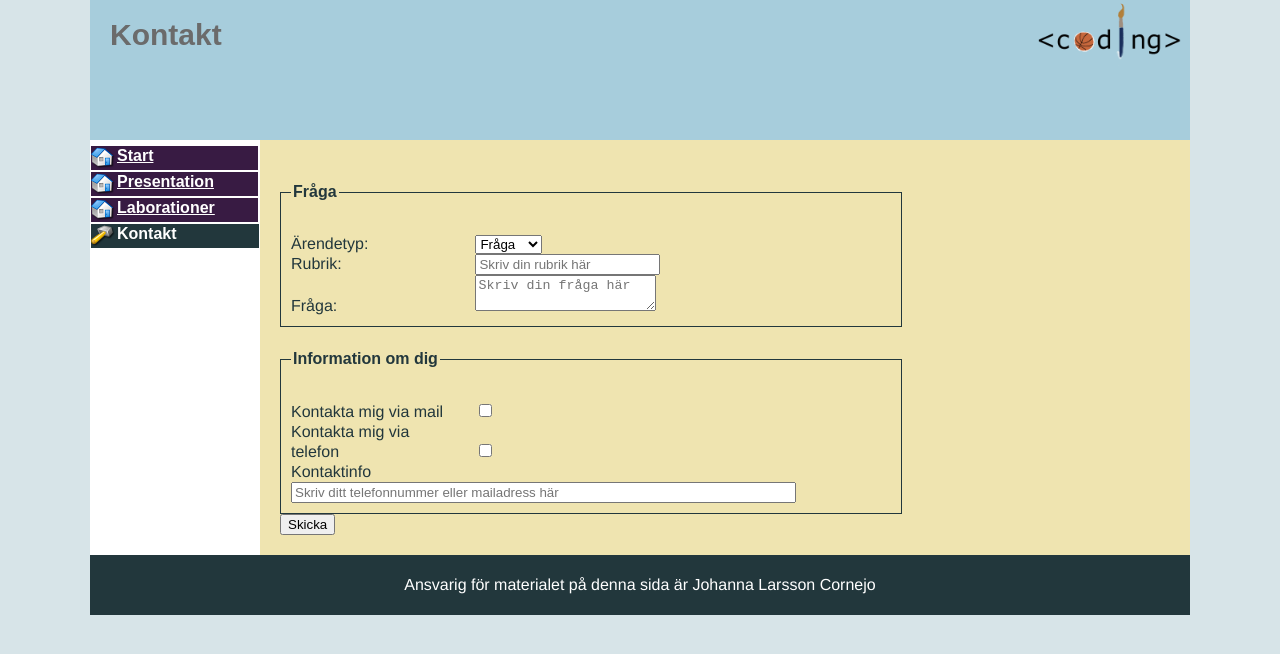
Repository: jc222fi/1ik415-laborationer
Page: pages/kontakt.html
The author's editor kept a record of every edit. The page is drawn from the files as they stood at one moment, then again after the next edit.
The browser window is 1280 px wide. The pictures show the whole page.

Above is the page before.

### pages/kontakt.html
<!doctype html>
<html>
    <head>
        <meta charset="utf-8" />
        <title>Kontakt</title>
        <link rel="stylesheet" href="../css/style.css" />
        <link rel="stylesheet" media="print" href="../css/print.css" />
    </head>
    <body>
    <div id="container">
        <div id="header">
            <header>
                <h1 id="kontakt">Kontakt</h1>
            </header>
        </div>
        <div id="nav">
            <ul>
                <li><a href="../index.html">Start</a></li>
                <li><a href="presentation.html">Presentation</a></li>
                <li><a href="laborationer.html">Laborationer</a></li>
                <li><a href="#kontakt" class="active">Kontakt</a></li>
            </ul>
        </div>
        <div id="content">
            <form action="http://voyager.lnu.se/tekinet/kurser/dtt/wp_webbintro/form.php" method="post">
                <fieldset>
                    <legend>Fråga</legend>
                    <label for="ärendetyp" class="label">Ärendetyp:</label>
                    <select id="ärendetyp" name="ärendetyp">
                        <option value="1">Fråga</option>
                        <option value="2">Åsikt</option>
                        <option value="3">Förslag</option>
                    </select>
                    <p>
                        <label for="rubrik" class="label">Rubrik:</label>
                        <input placeholder="Skriv din rubrik här" type="text" id="rubrik" name="rubrik" size="20" />
                    </p>
                    <p>
                        <label for="fråga" class="label">Fråga:</label>
                        <textarea placeholder="Skriv din fråga här" id="fråga" name="fråga"></textarea>
                    </p>
                </fieldset>
                <fieldset>
                    <legend>Information om dig</legend>
                    <label for="mail" class="label">Kontakta mig via mail</label>
                    <input type="checkbox" id="mail" name="g1[]" value="mail" />
                    <p>
                        <label for="telefon" class="label">Kontakta mig via telefon</label>
                        <input type="checkbox" id="telefon" name="g1[]" value="telefon" />
                    </p>
                    <p><label for="kontaktinfo" class="label">Kontaktinfo</label>
                    <input placeholder="Skriv ditt telefonnummer eller mailadress här" type="text"
                    id="kontaktinfo" name="kontaktinfo" size="60">
                    </p>
                </fieldset>
                <input type="submit" value="Skicka" />
            </form>
        </div>
        <div id="footer">
            <footer>
                <p>Ansvarig för materialet på denna sida är Johanna Larsson Cornejo</p>
            </footer>
        </div>
    </div>
    </body>
</html>

### css/style.css
/* http://meyerweb.com/eric/tools/css/reset/
   v2.0 | 20110126
   License: none (public domain)
*/

html, body, div, span, applet, object, iframe,
h1, h2, h3, h4, h5, h6, p, blockquote, pre,
a, abbr, acronym, address, big, cite, code,
del, dfn, em, img, ins, kbd, q, s, samp,
small, strike, strong, sub, sup, tt, var,
b, u, i, center,
dl, dt, dd, ol, ul, li,
fieldset, form, label, legend,
table, caption, tbody, tfoot, thead, tr, th, td,
article, aside, canvas, details, embed,
figure, figcaption, footer, header, hgroup,
menu, nav, output, ruby, section, summary,
time, mark, audio, video {
	margin: 0;
	padding: 0;
	border: 0;
	font-size: 100%;
	font: inherit;
	vertical-align: baseline;
}

/*Layout*/
#container{
	max-width:1100px;
	margin:0 auto;
}
#header{
	height:100px;
}
#nav{
	float:left;
	width:168px;
	margin-top:5px;
}
#content{
	float:right;
	width:890px;
}
#footer{
	clear:both;
	padding:20px;
}

/*
Background body:#D7E4E8
Background container: #FFFFFF
Background header: #A7CDDC
Background nav: #381B43
Background content: #EFE4B0
Background footer:#22373C
Text colour: #22373C
*/

body{
	background-color:#D7E4E8;

}
#container{
	background-color:#FFFFFF;
}
#header{
	background-color:#A7CDDC;
	color:#6B6B6B;
	background-image:url("pics/logo.png");
	background-position:right top;
	background-repeat:no-repeat;
	font-family:Arial, Gadget, sans-serif;
	font-size:30px;
	font-weight:bolder;
	padding:20px;
}
	#header img{
		float:right;
		}
	/*h1{
		color:#6B6B6B;
		font-family:Arial, Gadget, sans-serif;
		font-size:30px;
		font-weight:bolder;
		padding-bottom:20px;
	}*/
#nav{
	background-color:#381B43;
}
	#nav a{
		display:block;
		width:168px;
		height:24px;
		border:1px solid white;
		background-image:url(pics/sprite.png);
		background-repeat:no-repeat;
		text-indent:26px;
		color:white;
	}
	#home:link{background-position:0 -48px;text-decoration:none;}
	#home:visited{background-color:#7F7F7F;text-decoration:none;}
	#home:focus{background-color:white;text-decoration:underline;color:black;}
	#home:hover{background-position:0 0;background-color:white;text-decoration:underline;color:black;}
	#nav .active{background-position:0 0;background-color:#22373C;text-decoration:none;}

	#pres{background-position:0 -240px;text-decoration:none;}
	#pres:visited{background-color:#7F7F7F;text-decoration:none;}
	#pres:focus{background-color:white;text-decoration:underline;color:black;}
	#pres:hover{background-position:0 -192px;background-color:white;text-decoration:underline;color:black;}
	#nav .active{background-position:0 -192px;background-color:#22373C;text-decoration:none;}

	#lab{background-position:0 -144px;text-decoration:none;}
	#lab:visited{background-color:#7F7F7F;text-decoration:none;}
	#lab:focus{background-color:white;text-decoration:underline;color:black;}
	#lab:hover{background-position:0 -96px;background-color:white;text-decoration:underline;color:black;}
	#nav .active{background-position:0 -96px;background-color:#22373C;text-decoration:none;}

	#kontakt{background-position:0 -336px;text-decoration:none;}
	#kontakt:visited{background-color:#7F7F7F;text-decoration:none;}
	#kontakt:focus{background-color:white;text-decoration:underline;color:black;}
	#kontakt:hover{background-position:0 -288px;background-color:white;text-decoration:underline;color:black;}
	.active #kontakt{background-position:0 -288px;background-color:#22373C;text-decoration:none;}
	#nav li{
		font-family:Arial, Gadget, sans-serif;
		font-weight:bolder;
	}
		/*Länkar i menyn*/
		/*#nav a:link{background-color:#381B43; text-decoration:none;}
		#nav a:visited{background-color:#7F7F7F;text-decoration:none;}
		#nav a:focus{background-color:white;text-decoration:underline;color:black;}
		#nav a:hover{background-color:white;text-decoration:underline;color:black;}
		#nav a.active{background-color:#22373C;text-decoration:none;}
		#nav li{
		   font-family:Arial, Gadget, sans-serif;
			font-weight:bolder;
		}*/

#content{
	padding:20px;
	background-color:#EFE4B0;
	color:#22373C;
}
	/*Text och stil på mina rubriker*/
	h2, h3, h4, legend{
		font-family:Arial, Gadget, sans-serif;
		font-weight:bold;
		line-height:60px;
	}
		h2{
			font-size:25px;
		}
		h3, h4{
			font-size:small;
		}
	/*Mer övergripande text och stil*/
	#strong, p, li, table, dl, form{
		font-family:Helvetica, Verdana, sans-serif;
		line-height:20px;
	}
	p p{
		margin-top:50px;
	}
	img.right, video.right{
		float:right;
	}
	#strong{
		font-style:italic;
	}
	/*Överskrift och signatur på mina blogginlägg*/
	.post, p em{
		font-family:"Comic Sans MS", cursive, sans-serif;
	}
		/*Bild lånad från http://www.skolbilder.com/Malarbild-blaeckpenna-i19373.html som uttryckligen
		säger att samtliga bilder får användas i privat, edukativt, icke-kommersiellt syfte*/
		#content h2.post{
			background-image:url("pics/bleckpenna.png");
			background-position:left top;
			background-repeat:no-repeat;
			text-indent:50px;
		}
	/*Signatur på mina blogginlägg*/
	p em{
		font-style:italic;
		color:#8B4513;
	}
	/*Tabell*/
	table, th, td{
		border:1px solid #22373C;
		padding:3px;
	}
	thead, tfoot{
		font-family:Arial, Gadget, sans-serif;
		font-weight:bold;
		line-height:25px;
		text-align:center;
	}
		tr:nth-of-type(odd){
			background-color:#22373C;
			color:white;
		}
		tr:nth-of-type(even){
			background-color:white;
		}
	/*Övriga länkar som inte är del av menyn*/
	#content a:link{color:#7B68EE; text-decoration:none;}
	#content a:visited{color:#8B0000; text-decoration:none;}
	#content a:focus{color:#778899; text-decoration:underline;}
	#content a:hover{color:#778899; text-decoration:underline;}
	#content a:active{color:white; text-decoration:none;}
	/*Formulär*/
	fieldset{
		border:1px solid #22373C;
		padding:10px;
		width:600px;
	}
	legend{
		padding:2px;
	}
	.label{
   	display: inline-block;
   	width: 170px;
   	text-align: left;
   	margin-right: 10px;
	}
	/*Listor exklusive menyn*/
	#content ul li{
		margin-left:20px;
		list-style-type:circle;
	}
	#content dd{
		text-indent:15px;
	}
	#content .laborationer{
		list-style-type:none;
	}
	ol li{
		margin-left:15px;
		list-style-type:decimal;
	}

#footer{
	background-color:#22373C;
	color:#FFFFFF;
	text-align:center;
}


/* HTML5 display-role reset for older browsers */
article, aside, details, figcaption, figure,
footer, header, hgroup, menu, nav, section {
	display: block;
}
body {
	line-height: 1;
}
ol, ul {
	list-style: none;
}
blockquote, q {
	quotes: none;
}
blockquote:before, blockquote:after,
q:before, q:after {
	content: '';
	content: none;
}
table {
	border-collapse: collapse;
	border-spacing: 0;
}

Loaded but not shown: css/print.css (no copy from this time; the picture is the same without it)

After the next edit:
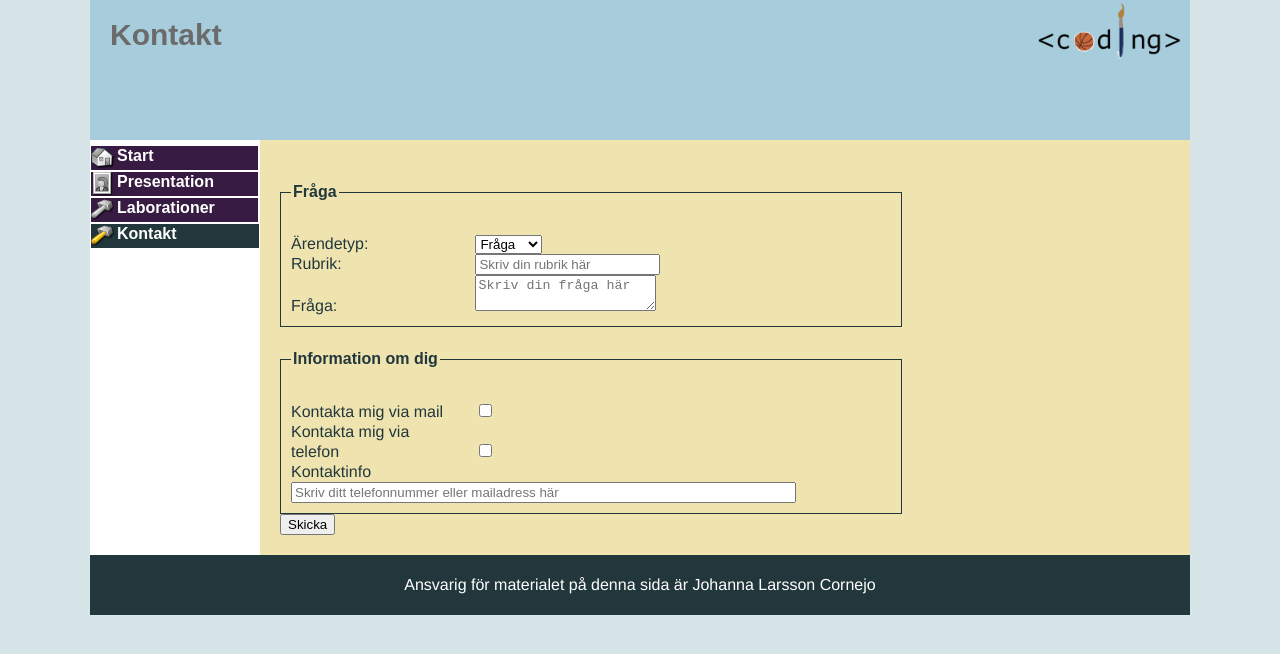
The edit:
--- a/pages/kontakt.html
+++ b/pages/kontakt.html
@@ -15,10 +15,10 @@
         </div>
         <div id="nav">
             <ul>
-                <li><a href="../index.html">Start</a></li>
-                <li><a href="presentation.html">Presentation</a></li>
-                <li><a href="laborationer.html">Laborationer</a></li>
-                <li><a href="#kontakt" class="active">Kontakt</a></li>
+                <li><a href="../index.html" id="home">Start</a></li>
+                <li><a href="presentation.html" id="pres">Presentation</a></li>
+                <li><a href="laborationer.html" id="lab">Laborationer</a></li>
+                <li><a href="#kontakt" class="active" id="kontakt">Kontakt</a></li>
             </ul>
         </div>
         <div id="content">
